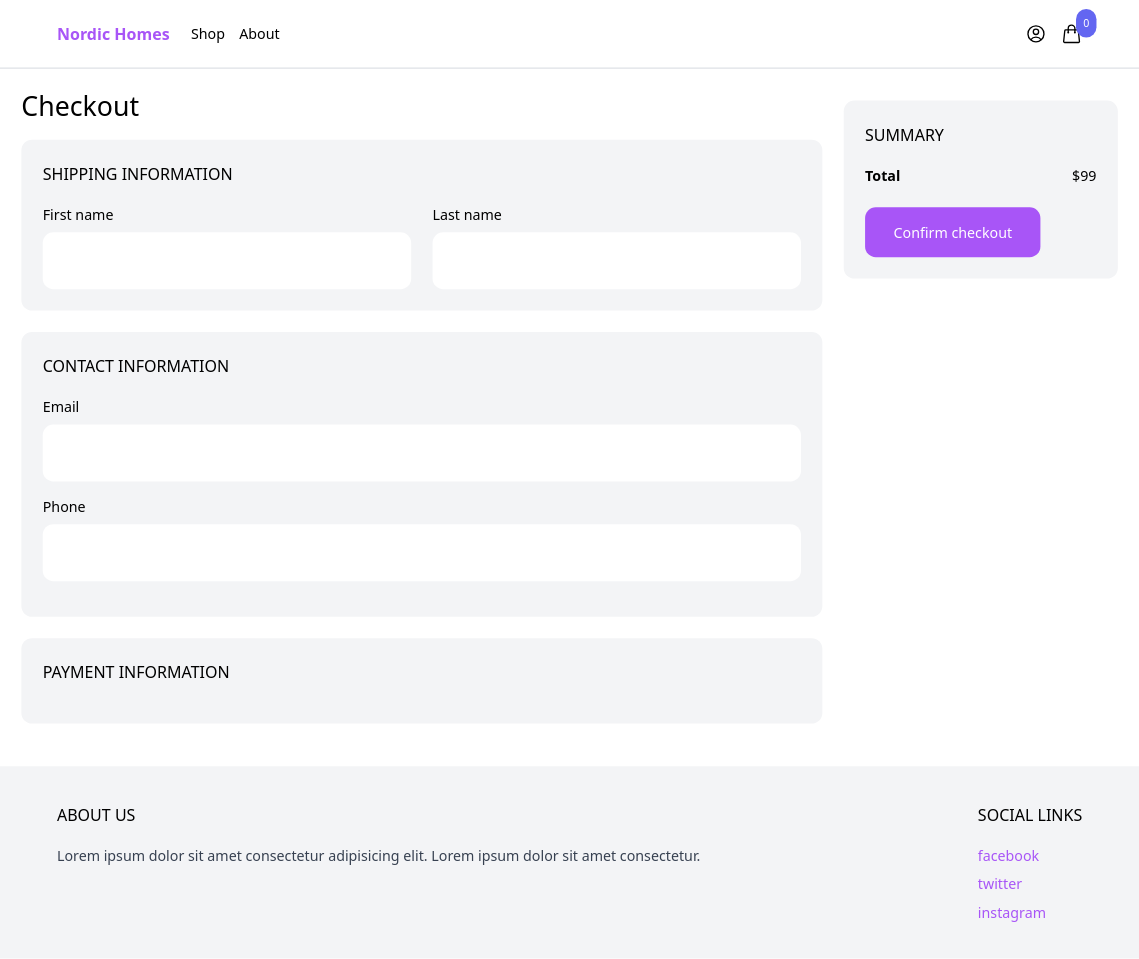
Repository: Calin224/NordicHomes
Page: cart/templates/cart/checkout.html
These files come from the project's save history. The page is drawn as it stood at one moment and after the next save; the edit follows.
The browser window is 1280 px wide. The pictures show the whole page, at 89% of full size.
Some web libraries are served in a nearby version. The template is drawn by Django 4.2. The application's start-up code is not run. Other server files are loaded and not shown. The template is opened directly, without the code that normally fills it, so the values that code supplies are empty.

Above is the page before, as saved 2023-02-16 21:06:42.

### cart/templates/cart/checkout.html
{% extends 'core/base.html' %}

{% block content %}

<div class="max-2-6xl mx-auto flex flex-wrap items-start py-6 px-6 ">
    <div class="products w-full lg:w-3/4">
        <h1 class="mb-5 text-3xl">Checkout</h1>

        <div class="w-full pr-6">
            <div class="mb-6 p-6 bg-gray-100 rounded-xl">
                <h2 class="mb-5 uppercase text-lg">Shipping information</h2>

                <div class="flex space-x-6">
                    <div class="w-1/2">
                        <label for="" class="inline-block mb-2">First name</label>
                        <input type="text" class="w-full p-5 rounded-xl">
                    </div>
                    <div class="w-1/2">
                        <label for="" class="inline-block mb-2">Last name</label>
                        <input type="text" class="w-full p-5 rounded-xl">
                    </div>
                </div>
            </div>

            <div class="mb-6 p-6 bg-gray-100 rounded-xl">
                <h2 class="mb-5 uppercase text-lg">Contact information</h2>

                <div class="mb-4">
                    <label for="" class="inline-block mb-2">Email</label>
                    <input type="email" class="w-full p-5 rounded-xl">
                </div>

                <div class="mb-4">
                    <label for="" class="inline-block mb-2">Phone</label>
                    <input type="phone" class="w-full p-5 rounded-xl">
                </div>
            </div>

            <div class="mb-6 p-6 bg-gray-100 rounded-xl">
                <h2 class="mb-5 uppercase text-lg">Payment information</h2>
            </div>
        </div>
    </div>

    <div class="summary w-full lg:w-1/4 p-6 bg-gray-100 rounded-xl mt-3">
        <h2 class="uppercase text-lg mb-5">Summary</h2>

        <div class="mb-6 flex justify-between">
            <span class="font-semibold">Total</span>
            <span>$99</span>
        </div>

        <a href="#" class="inline-block px-8 py-4 rounded-xl bg-purple-500 hover:bg-purple-700 text-white">Confirm checkout</a>
    </div>
</div>

{% endblock %}

### core/templates/core/base.html
<!DOCTYPE html>
<html lang="en">

<head>
    <meta charset="UTF-8">
    <meta name="viewport" content="width=device-width, initial-scale=1.0">
    <script src="https://cdn.tailwindcss.com"></script>
</head>

<body>
    <nav class="border-b border-gray-300">
        <div class="max-w-6xl mx-auto py-2 px-6 xl:px-0 flex items-center justify-between">
            <div class="menu-left flex items-center space-x-6">
                <a href="{% url 'frontpage' %}" class="py-4 text-lg text-purple-500 font-semibold">Nordic Homes</a>

                <ul class="flex items-center space-x-4">
                    <li><a href="{% url 'shop' %}">Shop</a></li>
                    <li><a href="#">About</a></li>


                    {% if request.user.is_authenticated %}
                        <li><a href="{% url 'logout' %}" class="px-4 py-2 bg-purple-500 hover:bg-purple-700 text-white rounded-lg">Logout</a></li>
                    {% endif %}

                </ul>
            </div>

            <div class="menu-right flex items-center space-x-4">
                <a href="#">
                    <svg xmlns="http://www.w3.org/2000/svg" fill="none" viewBox="0 0 24 24" stroke-width="1.5"
                        stroke="currentColor" class="w-6 h-6">
                        <path stroke-linecap="round" stroke-linejoin="round"
                            d="M17.982 18.725A7.488 7.488 0 0012 15.75a7.488 7.488 0 00-5.982 2.975m11.963 0a9 9 0 10-11.963 0m11.963 0A8.966 8.966 0 0112 21a8.966 8.966 0 01-5.982-2.275M15 9.75a3 3 0 11-6 0 3 3 0 016 0z" />
                    </svg>

                </a>

                {% include 'cart/menu_cart.html' %}
            </div>
        </div>
    </nav>

    <main>
        {% block content %}{% endblock content %}
    </main>

    <footer class="bg-gray-100">
        <div class="max-w-6xl mx-auto py-10 px-6 xl:px-0 md:flex justify-between">
            <div class="footer-left mb-12 md:mb-0">
                <h2 class="mb-5 uppercase text-lg">about us</h2>
                <p class="text-gray-700">Lorem ipsum dolor sit amet consectetur adipisicing elit. Lorem ipsum dolor sit
                    amet consectetur.</p>
            </div>

            <div class="footer-right">
                <h2 class="mb-5 uppercase text-lg">social links</h2>
                <ul class="space-y-2">
                    <li><a href="#" class="text-purple-500 hover:text-purple-800">facebook</a></li>
                    <li><a href="#" class="text-purple-500 hover:text-purple-800">twitter</a></li>
                    <li><a href="#" class="text-purple-500 hover:text-purple-800">instagram</a></li>
                </ul>
            </div>
        </div>
    </footer>

    <script src="https://unpkg.com/htmx.org@1.8.5"></script>
</body>

</html>

### cart/templates/cart/menu_cart.html
<a href="#" id="menu-cart-button" class="relative">
    <svg xmlns="http://www.w3.org/2000/svg" fill="none" viewBox="0 0 24 24" stroke-width="1.5"
        stroke="currentColor" class="w-6 h-6">
        <path stroke-linecap="round" stroke-linejoin="round"
            d="M15.75 10.5V6a3.75 3.75 0 10-7.5 0v4.5m11.356-1.993l1.263 12c.07.665-.45 1.243-1.119 1.243H4.25a1.125 1.125 0 01-1.12-1.243l1.264-12A1.125 1.125 0 015.513 7.5h12.974c.576 0 1.059.435 1.119 1.007zM8.625 10.5a.375.375 0 11-.75 0 .375.375 0 01.75 0zm7.5 0a.375.375 0 11-.75 0 .375.375 0 01.75 0z" />
    </svg>
    <span class="p-2 absolute -top-4 -right-4 bg-indigo-500 text-white text-xs rounded-full">{{cart|length}}</span>
</a>

After the next save:
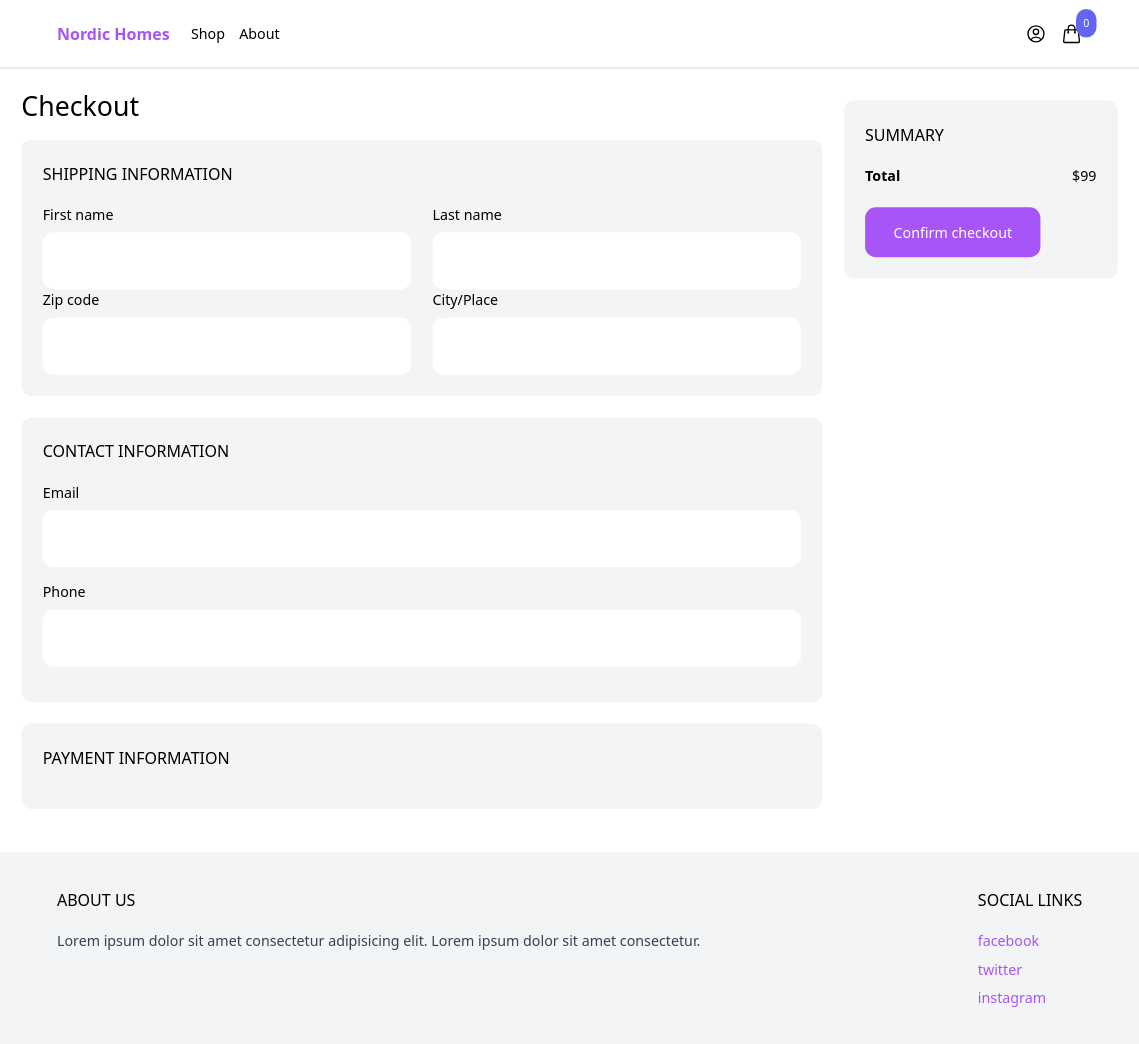
Saved 31 s later.
--- a/cart/templates/cart/checkout.html
+++ b/cart/templates/cart/checkout.html
@@ -17,6 +17,17 @@
                     </div>
                     <div class="w-1/2">
                         <label for="" class="inline-block mb-2">Last name</label>
+                        <input type="text" class="w-full p-5 rounded-xl">
+                    </div>
+                </div>
+
+                <div class="flex space-x-6">
+                    <div class="w-1/2">
+                        <label for="" class="inline-block mb-2">Zip code</label>
+                        <input type="text" class="w-full p-5 rounded-xl">
+                    </div>
+                    <div class="w-1/2">
+                        <label for="" class="inline-block mb-2">City/Place</label>
                         <input type="text" class="w-full p-5 rounded-xl">
                     </div>
                 </div>
